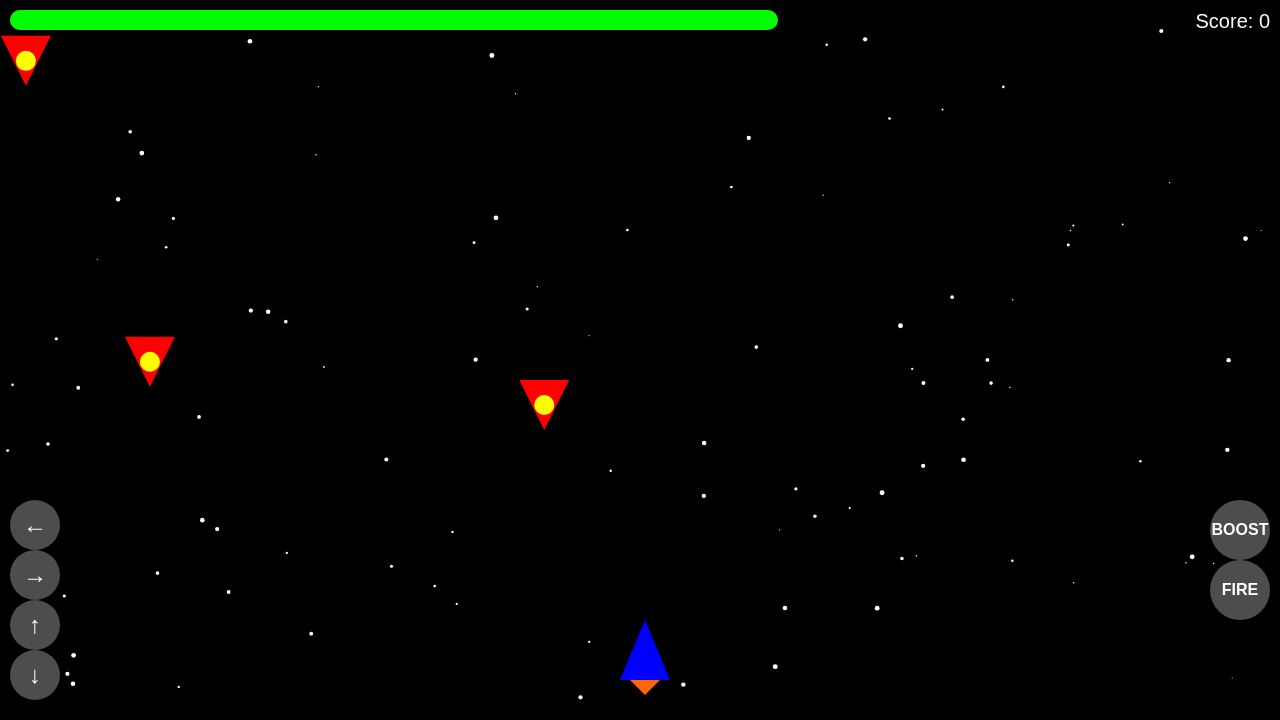
Repository: BiranOrundas/space-shooter
Page: space-shooter.html
These files come from the project's save history. The page is drawn as it stood at one moment and after the next save; the edit follows.
The browser window is 1280 px wide. The pictures show the whole page.

Above is the page before, as saved 2025-03-13 14:43:55.

### space-shooter.html
<!DOCTYPE html>
<html lang="en">
<head>
  <meta charset="UTF-8">
  <meta name="viewport" content="width=device-width, initial-scale=1.0">
  <title>Space Shooter</title>
  <style>
    body {
      margin: 0;
      overflow: hidden;
      touch-action: none;
      font-family: Arial, sans-serif;
      background-color: #000;
      display: flex;
      justify-content: center;
      align-items: center;
      height: 100vh;
    }

    #game-container {
      position: relative;
      width: 100vw;
      height: 100vh;
      background-color: #000;
      overflow: hidden;
      touch-action: none;
    }

    #game-canvas {
      width: 100%;
      height: 100%;
    }

    #controls {
      position: absolute;
      bottom: 20px;
      left: 0;
      width: 100%;
      display: flex;
      justify-content: space-between;
      z-index: 10;
    }

    .direction-btn {
      width: 50px;
      height: 50px;
      background-color: rgba(255, 255, 255, 0.3);
      border-radius: 50%;
      display: flex;
      justify-content: center;
      align-items: center;
      color: white;
      font-weight: bold;
      font-size: 24px;
      user-select: none;
      margin: 0 10px;
    }

    .action-btn {
      width: 60px;
      height: 60px;
      background-color: rgba(255, 255, 255, 0.3);
      border-radius: 50%;
      display: flex;
      justify-content: center;
      align-items: center;
      color: white;
      font-weight: bold;
      font-size: 16px;
      user-select: none;
      margin: 0 10px;
    }

    #life-bar-container {
      position: absolute;
      top: 10px;
      left: 10px;
      width: 15%;
      height: 20px;
      background-color: rgba(255, 255, 255, 0.3);
      border-radius: 10px;
    }

    #life-bar {
      height: 100%;
      width: 100%;
      background-color: #0f0;
      border-radius: 10px;
      transition: width 0.5s;
    }

    #score {
      position: absolute;
      top: 10px;
      right: 10px;
      color: white;
      font-size: 20px;
    }

    #game-over {
      position: absolute;
      top: 0;
      left: 0;
      width: 100%;
      height: 100%;
      background-color: rgba(0, 0, 0, 0.8);
      display: none;
      flex-direction: column;
      justify-content: center;
      align-items: center;
      color: white;
      font-size: 30px;
      z-index: 20;
    }

    #restart-btn {
      margin-top: 20px;
      padding: 10px 20px;
      background-color: #0f0;
      color: black;
      border: none;
      border-radius: 5px;
      font-size: 18px;
      cursor: pointer;
    }

    .star {
      position: absolute;
      background-color: white;
      border-radius: 50%;
    }
  </style>
</head>
<body>
  <div id="game-container">
    <div id="life-bar-container">
      <div id="life-bar"></div>
    </div>
    <div id="score">Score: 0</div>
    <canvas id="game-canvas"></canvas>

    <div id="controls">
      <div id="movement-controls">
        <div class="direction-btn" id="left-btn">←</div>
        <div class="direction-btn" id="right-btn">→</div>
        <div class="direction-btn" id="up-btn">↑</div>
        <div class="direction-btn" id="down-btn">↓</div>
      </div>
      <div id="action-controls">
        <div class="action-btn" id="boost-btn">BOOST</div>
        <div class="action-btn" id="shoot-btn">FIRE</div>
      </div>
    </div>

    <div id="game-over">
      <div>GAME OVER</div>
      <div id="final-score">Score: 0</div>
      <button id="restart-btn">Restart</button>
    </div>
  </div>

  <script>
    // Game setup
    const canvas = document.getElementById('game-canvas');
    const ctx = canvas.getContext('2d');

    // Set canvas dimensions to match container
    const container = document.getElementById('game-container');
    canvas.width = container.clientWidth;
    canvas.height = container.clientHeight;

    // Game variables
    let score = 0;
    let gameOver = false;
    let animationId;

    // Player variables
    const player = {
      x: canvas.width / 2 - 20,
      y: canvas.height - 100,
      width: 50,
      height: 60,
      speed: 5,
      boostedSpeed: 10,
      isBoosting: false,
      life: 400,
      color: '#00f',
      cooldown: 0,
      lastShot: 0
    };


    // Game elements arrays
    const bullets = [];
    const enemies = [];
    const stars = [];

    // Control variables
    let leftPressed = false;
    let rightPressed = false;
    let upPressed = false;
    let downPressed = false;
    let shootPressed = false;
    let boostPressed = false;

    // Generate stars for background
    function createStars() {
      const starCount = 100;
      for (let i = 0; i < starCount; i++) {
        stars.push({
          x: Math.random() * canvas.width,
          y: Math.random() * canvas.height,
          size: Math.random() * 2 + 0.5,
          speed: Math.random() * 2 + 1.9
        });
      }
    }

    // Draw player's spaceship
    function drawPlayer() {
      // Draw player ship
      ctx.fillStyle = player.color;

      // Ship body
      ctx.beginPath();
      ctx.moveTo(player.x + player.width / 2, player.y);
      ctx.lineTo(player.x + player.width, player.y + player.height);
      ctx.lineTo(player.x, player.y + player.height);
      ctx.closePath();
      ctx.fill();

      // Engine flames
      if (player.isBoosting) {
        ctx.fillStyle = '#ff0';
      } else {
        ctx.fillStyle = '#f60';
      }

      const flameHeight = player.isBoosting ? 30 : 15;
      ctx.beginPath();
      ctx.moveTo(player.x + 10, player.y + player.height);
      ctx.lineTo(player.x + player.width / 2, player.y + player.height + flameHeight);
      ctx.lineTo(player.x + player.width - 10, player.y + player.height);
      ctx.closePath();
      ctx.fill();
    }

    // Create a bullet
    function shootBullet() {
      const now = Date.now();
      if (now - player.lastShot > 100) { // Cooldown in ms
        bullets.push({
          x: player.x + player.width / 2 - 3,
          y: player.y,
          width: 2,
          height: 10,
          speed: 20,
          color: '#f00'
        });
        player.lastShot = now;
      }
    }

    // Draw bullets
    function drawBullets() {
      bullets.forEach(bullet => {
        ctx.fillStyle = bullet.color;
        ctx.fillRect(bullet.x, bullet.y, bullet.width, bullet.height);
      });
    }

    // Create enemy ships
// Create enemy ships
function spawnEnemy() {
  if (Math.random() < 0.02 && !gameOver) {
    // Eğer boost aktifse, düşmanların hızını artır
    const enemySpeed = player.isBoosting ? Math.random() * 16 + 2 : Math.random() * 2 + 1;

    enemies.push({
      x: Math.random() * (canvas.width - 50),
      y: -50,
      width: 50,
      height: 50,
      speed: enemySpeed  // Boost durumuna göre hız
    });
  }
}


    // Draw enemy ships
    function drawEnemies() {
      enemies.forEach(enemy => {
        // Enemy ship body
        ctx.fillStyle = '#f00';
        ctx.beginPath();
        ctx.moveTo(enemy.x + enemy.width / 2, enemy.y + enemy.height);
        ctx.lineTo(enemy.x + enemy.width, enemy.y);
        ctx.lineTo(enemy.x, enemy.y);
        ctx.closePath();
        ctx.fill();

        // Enemy details
        ctx.fillStyle = '#ff0';
        ctx.beginPath();
        ctx.arc(enemy.x + enemy.width / 2, enemy.y + enemy.height / 2, 10, 0, Math.PI * 2);
        ctx.fill();
      });
    }

    // Draw stars background
    function drawStars() {
      ctx.fillStyle = 'white';
      stars.forEach(star => {
        ctx.beginPath();
        ctx.arc(star.x, star.y, star.size, 0, Math.PI * 2);
        ctx.fill();
      });
    }

    // Update star positions
  // Update star positions
function updateStars() {
  stars.forEach(star => {
    // Eğer boost aktifse, yıldızın hızını artır
    const speedFactor = player.isBoosting ? 3.5 : 1; // Boost aktifse hız 1.5 kat artar, yoksa normal hız

    star.y += star.speed * speedFactor; // Yıldızın hızı boost durumuna göre değişir


    // Eğer yıldız ekranın dışına çıkarsa, konumunu sıfırlayın
    if (star.y > canvas.height) {
      star.y = 0;
      star.x = Math.random() * canvas.width;
    }
  });
}


// Update game elements
function updateGameElements() {
  // Update player position
  if (leftPressed && player.x > 0) {
    player.x -= player.isBoosting ? player.boostedSpeed : player.speed;
  }
  if (rightPressed && player.x < canvas.width - player.width) {
    player.x += player.isBoosting ? player.boostedSpeed : player.speed;
  }
  if (upPressed && player.y < canvas.height - player.height) {
    player.y -= player.isBoosting ? player.boostedSpeed : player.speed;
  }
  if (downPressed && player.y < canvas.height - player.height) {
    player.y += player.isBoosting ? player.boostedSpeed : player.speed;
  }

  // Update bullets
  for (let i = 0; i < bullets.length; i++) {
    bullets[i].y -= bullets[i].speed;

    // Remove bullets that are off screen
    if (bullets[i].y < 0) {
      bullets.splice(i, 1);
      i--;
    }
  }

  // Update enemies
  for (let i = 0; i < enemies.length; i++) {
    enemies[i].y += enemies[i].speed;

    // Check for collision with player
    if (
      player.x < enemies[i].x + enemies[i].width &&
      player.x + player.width > enemies[i].x &&
      player.y < enemies[i].y + enemies[i].height &&
      player.y + player.height > enemies[i].y
    ) {
      // Player hit by enemy
      player.life -= 20;
      updateLifeBar();

      // Remove enemy
      enemies.splice(i, 1);
      i--;

      // Check game over
      if (player.life <= 0) {
        endGame();
      }

      continue;
    }





    // Check for bullets hitting enemies
    for (let j = 0; j < bullets.length; j++) {
      if (
        bullets[j].x < enemies[i].x + enemies[i].width &&
        bullets[j].x + bullets[j].width > enemies[i].x &&
        bullets[j].y < enemies[i].y + enemies[i].height &&
        bullets[j].y + bullets[j].height > enemies[i].y
      ) {
        // Enemy hit by bullet
        score += 50;
        updateScore();

      // Global variable to track if the bullet height has been changed
let bulletHeightUpdated = false;

// Inside the game loop or where you check the score
if (score >= 100 && !bulletHeightUpdated) {
    // Set the bullet height to 100
    bullets.forEach(bullet => {
        bullet.height = 100;
    });

    // Mark the bullet height as updated
    bulletHeightUpdated = true;
}


        // Remove enemy and bullet
        enemies.splice(i, 1);
        bullets.splice(j, 1);
        i--;
        break;
      }
    }

    // Remove enemies that are off screen
    if (enemies[i] && enemies[i].y > canvas.height) {
      enemies.splice(i, 1);
      i--;
    }
  }
}


function Day() {
    const space = document.getElementById("game-container");

    setTimeout((randomColor) => {
        var randomColor = Math.floor(Math.random()*16777215).toString(16);
        space.style.backgroundColor = randomColor;
    },5500);
}


    // Update life bar
    function updateLifeBar() {
      const lifeBar = document.getElementById('life-bar');
      lifeBar.style.width = `${player.life}%`;

      // Change color based on life
      if (player.life > 60) {
        lifeBar.style.backgroundColor = '#0f0';
      } else if (player.life > 30) {
        lifeBar.style.backgroundColor = '#ff0';
      } else {
        lifeBar.style.backgroundColor = '#f00';
      }
    }

    // Update score display
    function updateScore() {
      document.getElementById('score').textContent = `Score: ${score}`;
    }

    // Game over
    function endGame() {
      gameOver = true;
      document.getElementById('game-over').style.display = 'flex';
      document.getElementById('final-score').textContent = `Score: ${score}`;
      cancelAnimationFrame(animationId);
    }

    // Main game loop
    function gameLoop() {
      // Clear canvas
      ctx.fillStyle = '#000';
      ctx.fillRect(0, 0, canvas.width, canvas.height);
        //Space Turning
      Day();

      // Draw stars
      drawStars();
      updateStars();

      // Spawn enemies
      spawnEnemy();


      // Update game elements
      updateGameElements();

      // Fire bullet if shoot button is pressed
      if (shootPressed) {
        shootBullet();
      }

      // Draw game elements
      drawPlayer();
      drawBullets();
      drawEnemies();

      // Continue game loop
      if (!gameOver) {
        animationId = requestAnimationFrame(gameLoop);
      }
    }

    // Event listeners for keyboard controls
    document.addEventListener('keydown', (e) => {
      if (e.key === 'ArrowLeft' || e.key === 'a') leftPressed = true;
      if (e.key === 'ArrowRight' || e.key === 'd') rightPressed = true;
      if (e.key === 'ArrowUp' || e.key === 'w') upPressed = true;
      if (e.key === 'ArrowDown' || e.key === 's') downPressed = true;
      if (e.key === ' ' || e.key === 'Enter') shootPressed = true;
      if (e.key === 'Shift') {
        boostPressed = true;
        player.isBoosting = true;
      }
    });

    document.addEventListener('keyup', (e) => {
      if (e.key === 'ArrowLeft' || e.key === 'a') leftPressed = false;
      if (e.key === 'ArrowRight' || e.key === 'd') rightPressed = false;
      if (e.key === 'ArrowUp' || e.key === 'w') upPressed = false;
      if (e.key === 'ArrowDown' || e.key === 's') downPressed = false;
      if (e.key === ' ' || e.key === 'Enter') shootPressed = false;
      if (e.key === 'Shift') {
        boostPressed = false;
        player.isBoosting = false;
      }
    });

    // Touch controls
    const leftBtn = document.getElementById('left-btn');
    const rightBtn = document.getElementById('right-btn');
    const shootBtn = document.getElementById('shoot-btn');
    const boostBtn = document.getElementById('boost-btn');

    leftBtn.addEventListener('touchstart', (e) => {
      e.preventDefault();
      leftPressed = true;
    });

    leftBtn.addEventListener('touchend', (e) => {
      e.preventDefault();
      leftPressed = false;
    });

    rightBtn.addEventListener('touchstart', (e) => {
      e.preventDefault();
      rightPressed = true;
    });

    rightBtn.addEventListener('touchend', (e) => {
      e.preventDefault();
      rightPressed = false;
    });

    shootBtn.addEventListener('touchstart', (e) => {
      e.preventDefault();
      shootPressed = true;
    });

    shootBtn.addEventListener('touchend', (e) => {
      e.preventDefault();
      shootPressed = false;
    });

    boostBtn.addEventListener('touchstart', (e) => {
      e.preventDefault();
      boostPressed = true;
      player.isBoosting = true;
    });

    boostBtn.addEventListener('touchend', (e) => {
      e.preventDefault();
      boostPressed = false;
      player.isBoosting = false;
    });

    // Mouse controls (for testing on desktop)
    leftBtn.addEventListener('mousedown', () => {
      leftPressed = true;
    });

    leftBtn.addEventListener('mouseup', () => {
      leftPressed = false;
    });

    rightBtn.addEventListener('mousedown', () => {
      rightPressed = true;
    });

    rightBtn.addEventListener('mouseup', () => {
      rightPressed = false;
    });

    shootBtn.addEventListener('mousedown', () => {
      shootPressed = true;
    });

    shootBtn.addEventListener('mouseup', () => {
      shootPressed = false;
    });

    boostBtn.addEventListener('mousedown', () => {
      boostPressed = true;
      player.isBoosting = true;
    });

    boostBtn.addEventListener('mouseup', () => {
      boostPressed = false;
      player.isBoosting = false;
    });

    // Restart game
    document.getElementById('restart-btn').addEventListener('click', () => {
      // Reset game state
      score = 0;
      gameOver = false;
      player.life = 100;
      player.x = canvas.width / 2 - 25;
      player.y = canvas.height - 100;
      player.isBoosting = false;

      // Clear arrays
      bullets.length = 0;
      enemies.length = 0;

      // Update UI
      updateScore();
      updateLifeBar();

      // Hide game over screen
      document.getElementById('game-over').style.display = 'none';

      // Start game loop
      gameLoop();
    });

    // Initialize game
    function initGame() {
      createStars();
      updateLifeBar();
      gameLoop();
    }

    // Start the game
    window.addEventListener('load', initGame);

    window.addEventListener('resize', () => {
  canvas.width = container.clientWidth;
  canvas.height = container.clientHeight;
});
  </script>
</body>
</html>

After the next save:
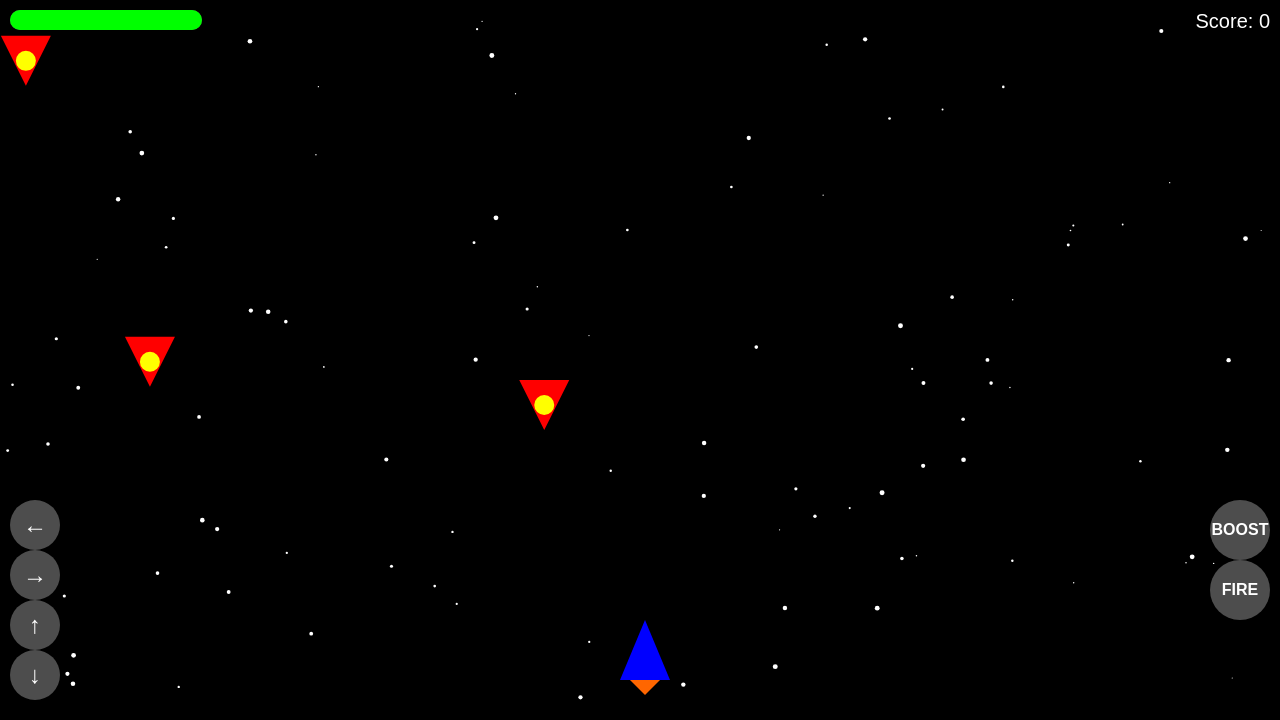
Saved 5 s later.
--- a/space-shooter.html
+++ b/space-shooter.html
@@ -183,7 +183,7 @@
       speed: 5,
       boostedSpeed: 10,
       isBoosting: false,
-      life: 400,
+      life: 100,
       color: '#00f',
       cooldown: 0,
       lastShot: 0
